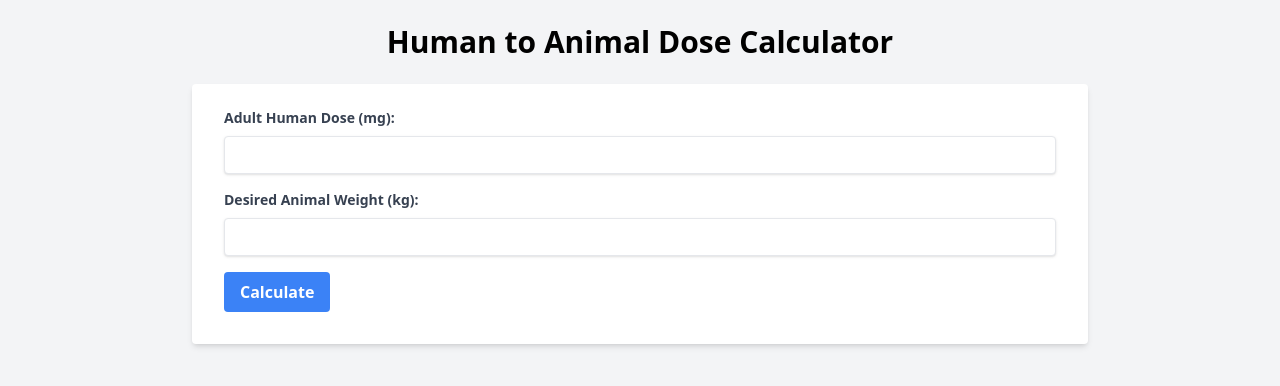
Repository: vigneshcj001/Human-to-Animal-Dose-Calculator
Page: /aboutus
An editor plug-in stored every save of this project. The page is shown before and after the next save, followed by the edit.
The browser window is 1280 px wide. The pictures show the whole page.
The project was rebuilt for these pictures with package versions that can differ from the ones it lists, and the page was loaded fresh each time. Also part of the build but not shown: src/ResultsTable.jsx.

Above is the page before, as saved 2025-01-22 15:55:46.

### index.html
<!DOCTYPE html>
<html lang="en">
<head>
    <meta charset="UTF-8">
    <meta name="viewport" content="width=device-width, initial-scale=1.0">
    <link rel="stylesheet" href="./index.css"/>
    <title>Anna Cal</title>
</head>
<body>
    <div id="root">
        <h1>Not Rendered</h1>
    </div>
    <script type="module" src="./src/index.js"></script>
</body>
</html>

### src/index.js
import React from "react";
import ReactDOM from "react-dom/client";
import "./index.css"; // TailwindCSS styles
import App from "./App";

const root = ReactDOM.createRoot(document.getElementById("root"));
root.render(
  <React.StrictMode>
    <App />
  </React.StrictMode>
);

### src/App.js
import React, { useState } from "react";
import InputForm from "./InputForm";
import ResultsTable from "./ResultsTable";

const App = () => {
  const [results, setResults] = useState([]);

  const handleCalculate = (humanDose, animalWeight) => {
    const kmHuman = 37;
    const animals = [
      { name: "Mouse", km: 3 },
      { name: "Rat", km: 6 },
      { name: "Guinea Pig", km: 8 },
      { name: "Rabbit", km: 12 },
      { name: "Monkey", km: 12 },
      { name: "Dog", km: 20 },
    ];

    const newResults = animals.map(({ name, km }) => ({
      animal: name,
      dosePerKg: (humanDose * kmHuman) / km,
      totalDose: (humanDose * kmHuman * animalWeight) / km,
    }));

    setResults(newResults);
  };

  return (
    <div className="min-h-screen bg-gray-100 p-6">
      <h1 className="text-3xl font-bold text-center mb-6">
        Human to Animal Dose Calculator
      </h1>
      <div className="max-w-4xl mx-auto">
        <InputForm onCalculate={handleCalculate} />
        {results.length > 0 && <ResultsTable results={results} />}
      </div>
    </div>
  );
};

export default App;

### src/InputForm.jsx
import React, { useState } from "react";

const InputForm = ({ onCalculate }) => {
  const [humanDose, setHumanDose] = useState("");
  const [animalWeight, setAnimalWeight] = useState("");

  const handleSubmit = (e) => {
    e.preventDefault();
    if (humanDose && animalWeight) {
      onCalculate(parseFloat(humanDose), parseFloat(animalWeight));
    }
  };

  return (
    <form
      className="bg-white shadow-md rounded px-8 pt-6 pb-8 mb-4"
      onSubmit={handleSubmit}
    >
      <div className="mb-4">
        <label className="block text-gray-700 text-sm font-bold mb-2">
          Adult Human Dose (mg):
        </label>
        <input
          type="number"
          className="shadow appearance-none border rounded w-full py-2 px-3 text-gray-700 leading-tight focus:outline-none focus:shadow-outline"
          value={humanDose}
          onChange={(e) => setHumanDose(e.target.value)}
          required
        />
      </div>
      <div className="mb-4">
        <label className="block text-gray-700 text-sm font-bold mb-2">
          Desired Animal Weight (kg):
        </label>
        <input
          type="number"
          step="0.01"
          className="shadow appearance-none border rounded w-full py-2 px-3 text-gray-700 leading-tight focus:outline-none focus:shadow-outline"
          value={animalWeight}
          onChange={(e) => setAnimalWeight(e.target.value)}
          required
        />
      </div>
      <button
        type="submit"
        className="bg-blue-500 hover:bg-blue-700 text-white font-bold py-2 px-4 rounded focus:outline-none focus:shadow-outline"
      >
        Calculate
      </button>
    </form>
  );
};

export default InputForm;

Loaded but not shown: index.css (common file); tailwind.config.js (common file)

After the next save:
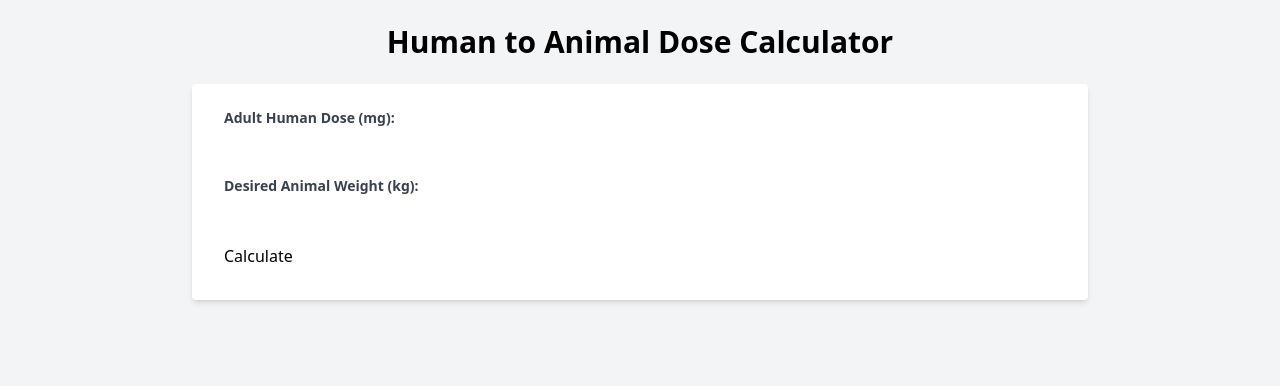
Saved 13 s later.
--- a/src/InputForm.jsx
+++ b/src/InputForm.jsx
@@ -7,7 +7,7 @@
   const handleSubmit = (e) => {
     e.preventDefault();
     if (humanDose && animalWeight) {
-      onCalculate(parseFloat(humanDose), parseFloat(animalWeight));
+      onCalculate(Number(humanDose), Number(animalWeight));
     }
   };
 
@@ -22,7 +22,7 @@
         </label>
         <input
           type="number"
-          className="shadow appearance-none border rounded w-full py-2 px-3 text-gray-700 leading-tight focus:outline-none focus:shadow-outline"
+          className="input"
           value={humanDose}
           onChange={(e) => setHumanDose(e.target.value)}
           required
@@ -35,16 +35,13 @@
         <input
           type="number"
           step="0.01"
-          className="shadow appearance-none border rounded w-full py-2 px-3 text-gray-700 leading-tight focus:outline-none focus:shadow-outline"
+          className="input"
           value={animalWeight}
           onChange={(e) => setAnimalWeight(e.target.value)}
           required
         />
       </div>
-      <button
-        type="submit"
-        className="bg-blue-500 hover:bg-blue-700 text-white font-bold py-2 px-4 rounded focus:outline-none focus:shadow-outline"
-      >
+      <button type="submit" className="btn-primary">
         Calculate
       </button>
     </form>
